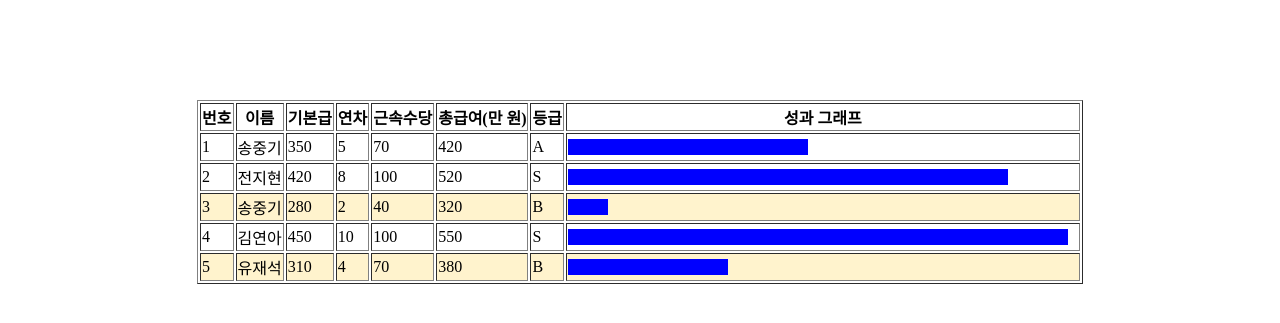
Repository: kkw3202/Jsp2026
Page: http://localhost/chapter01/exsample_salary.jsp
These files come from the project's save history. The page is drawn as it stood at one moment and after the next save; the edit follows.
The browser window is 1280 px wide. The pictures show the whole page.
The page is served by Tomcat 9.

Above is the page before, as saved 2026-10-16 07:36:17.

### chapter01/src/main/webapp/exsample_salary.jsp
<%@ page language="java" contentType="text/html; charset=UTF-8"
    pageEncoding="UTF-8" import="java.util.*"%>
<!DOCTYPE html>
<html>
<head>
<meta charset="UTF-8">
<title>Insert title here</title>
</head>
<body>
	<table border="1px" style="margin: 100px auto;">
		<thead>
			<tr>
				<th>번호</th>
				<th>이름</th>
				<th>기본급</th>
				<th>연차</th>
				<th>근속수당</th>
				<th>총급여(만 원)</th>
				<th>등급</th>
				<th>성과 그래프</th>
			</tr>
		</thead>
		<tbody>
			<%!
				String[] names = {"송중기","전지현","송중기","김연아","유재석"};
				int[] basePays = {350, 420, 280, 450, 310};
				int[] years = {5, 8, 2, 10, 4};
			%>

			<%!
				public int getBonus(int year){
					return (year >= 7 ? 100 :
								year >= 4 ? 70 : 40);
				}
				public int getTotalPay(int basePay, int bonus){
					return basePay + bonus;
				}
				public String getGrade(int totalPay){
					return (totalPay >= 500 ? "S" :
								totalPay >= 400 ? "A" :
									totalPay >= 300 ? "B" : "C");
				}
			%>

			<%
				for(int i = 0; i<names.length; i++){
					int bonus = getBonus(years[i]);
					int totalPay = getTotalPay(basePays[i], bonus);
			%>
			<tr style='background-color: <%= totalPay < 400 ? "#fff3cd" : "" %>' >
				<td><%= i+1 %></td>
				<td><%= names[i] %></td>
				<td><%= basePays[i] %></td>
				<td><%= years[i] %></td>
				<td><%= bonus %></td>
				<td><%= totalPay %></td>
				<td><%= getGrade(totalPay) %></td>
				<td><div style='width: <%= (totalPay - 300)*2 %>px; height: 16px; background-color: blue; margin-right:10px;'></div></td>
			</tr>
			<%
				}
			%>

		</tbody>
	</table>
</body>
</html>

After the next save:
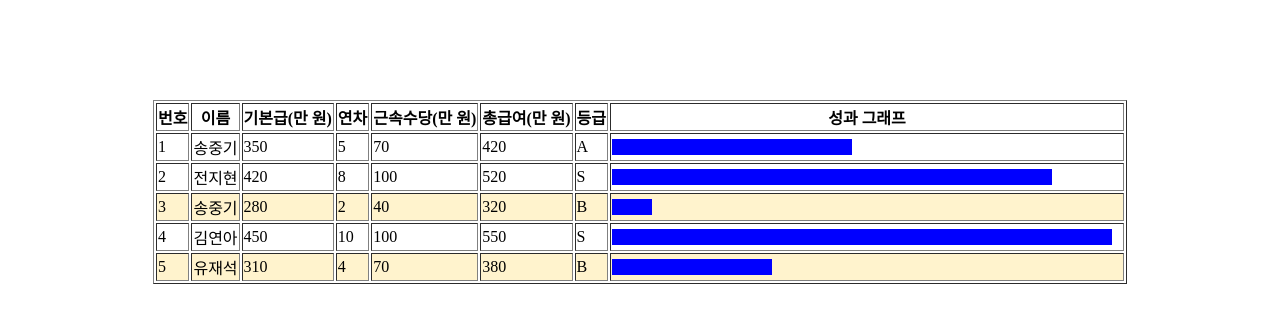
Saved 12 s later.
--- a/chapter01/src/main/webapp/exsample_salary.jsp
+++ b/chapter01/src/main/webapp/exsample_salary.jsp
@@ -12,9 +12,9 @@
 			<tr>
 				<th>번호</th>
 				<th>이름</th>
-				<th>기본급</th>
+				<th>기본급(만 원)</th>
 				<th>연차</th>
-				<th>근속수당</th>
+				<th>근속수당(만 원)</th>
 				<th>총급여(만 원)</th>
 				<th>등급</th>
 				<th>성과 그래프</th>
